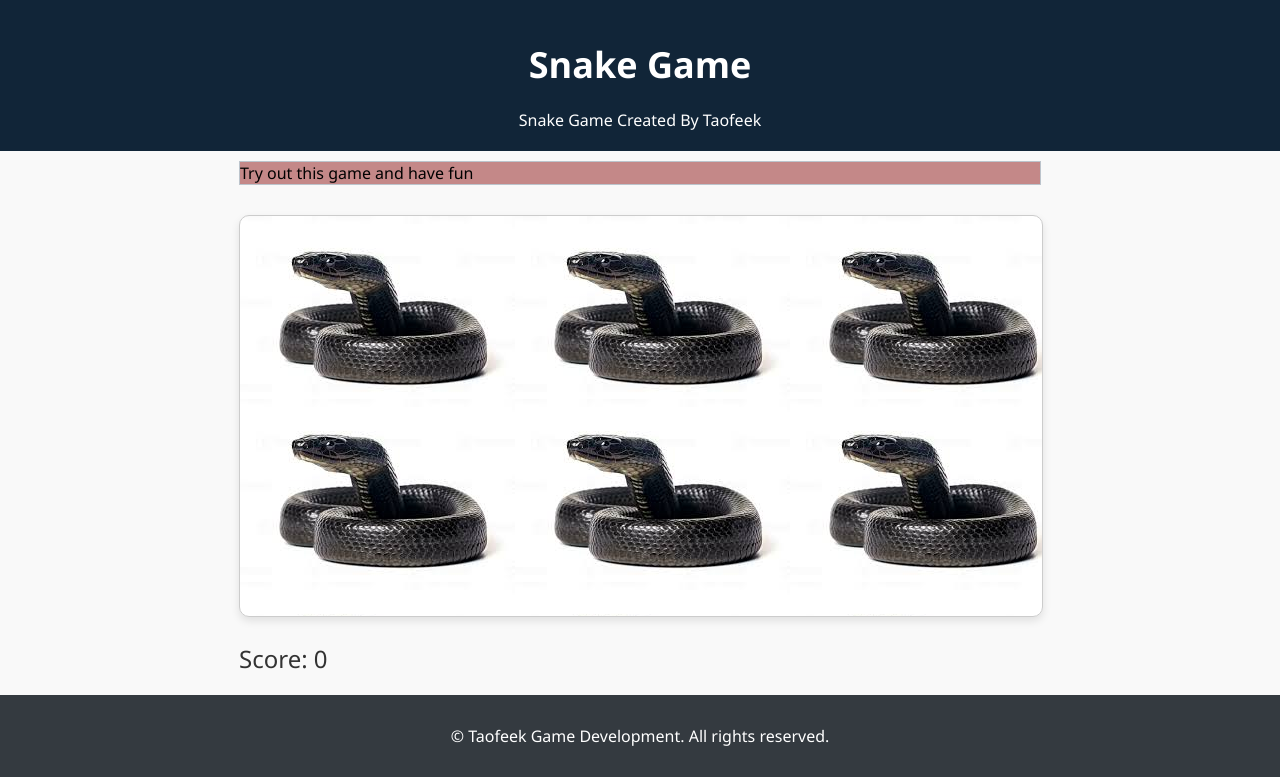
Repository: Taofeekolusola/Landing-page
Page: index.html
These files come from the project's save history. The page is drawn as it stood at one moment and after the next save; the edit follows.
The browser window is 1280 px wide. The pictures show the whole page.

Above is the page before, as saved 2024-05-06 18:41:13.
Not found: script.js

### index.html
<!DOCTYPE html>
<html lang="en">
<head>
    <meta charset="UTF-8">
    <meta name="viewport" content="width=device-width, initial-scale=1.0">
    <title>Snake Game</title>
    <link rel="stylesheet" href="styles.css">
</head>
<body>
    <header>
        <div class="container">
            <h1>Snake Game</h1>
        </div>
        <div class="name">Snake Game Created By Taofeek</div>
    </header>
    <main>
        <div>
            <div class="text">Try out this game and have fun</div>
            <canvas class="snake"></canvas>
            <div id="score">Score: 0</div>
        </div>
    </main>
    <footer>
        <div class="container">
            <p>&copy; Taofeek Game Development. All rights reserved.</p>
        </div>
    </footer>
    <script src="script.js"></script>
</body>
</html>

### styles.css
body {
    font-family: 'Segoe UI', Tahoma, Geneva, Verdana, sans-serif;
    margin: 0;
    padding: 0;
    display: flex;
    flex-direction: column;
    min-height: 100vh;
    background-color: #f9f9f9;
}

.container {
    width: 80%;
    max-width: 800px;
    margin: 0 auto;
    padding: 20px;
}

header {
    background-color: #112538;
    color: #fff;
    text-align: center;
    padding: 20px 0;
}

header h1 {
    font-size: 36px;
    margin: 0;
}

.snake {
    height: 400px;
    width: 100%;
    margin-top: 20px;
    background-image: url('image.jpg');
}

.text {
    margin: 10px 0px;
    border: 1px solid #bcc4cc;
    background-color: #c48888;
}

main {
    flex-grow: 1;
    display: flex;
    justify-content: center;
    align-items: center;
}

canvas {
    border: 1px solid #ccc;
    border-radius: 10px;
    box-shadow: 0 4px 8px rgba(0, 0, 0, 0.1);
}

#score {
    margin-top: 20px;
    font-size: 24px;
    color: #333;
}

footer {
    background-color: #343a40;
    color: #fff;
    text-align: center;
    padding: 10px 0;
    margin-top: 20px;
}

footer p {
    margin: 0;
}

After the next save:
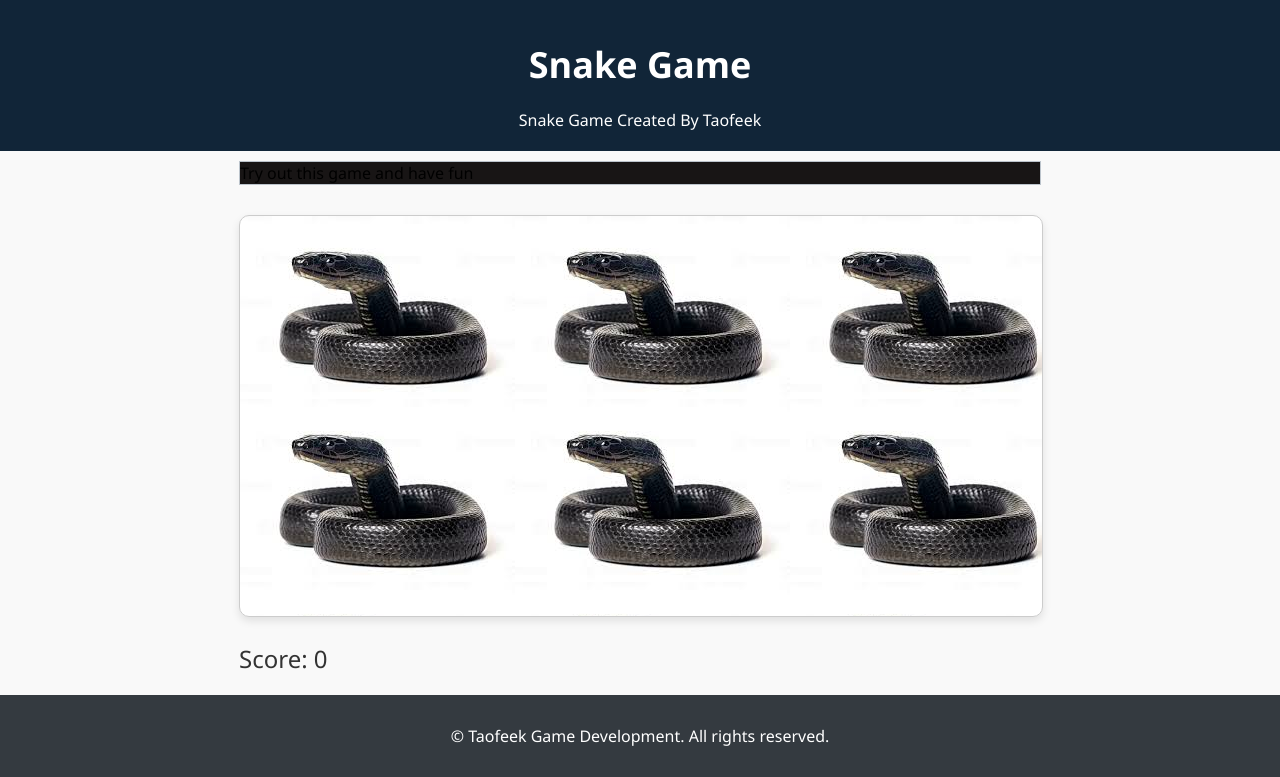
Saved 29 s later.
--- a/styles.css
+++ b/styles.css
@@ -37,7 +37,7 @@ header h1 {
 .text {
     margin: 10px 0px;
     border: 1px solid #bcc4cc;
-    background-color: #c48888;
+    background-color: #181515;
 }
 
 main {
